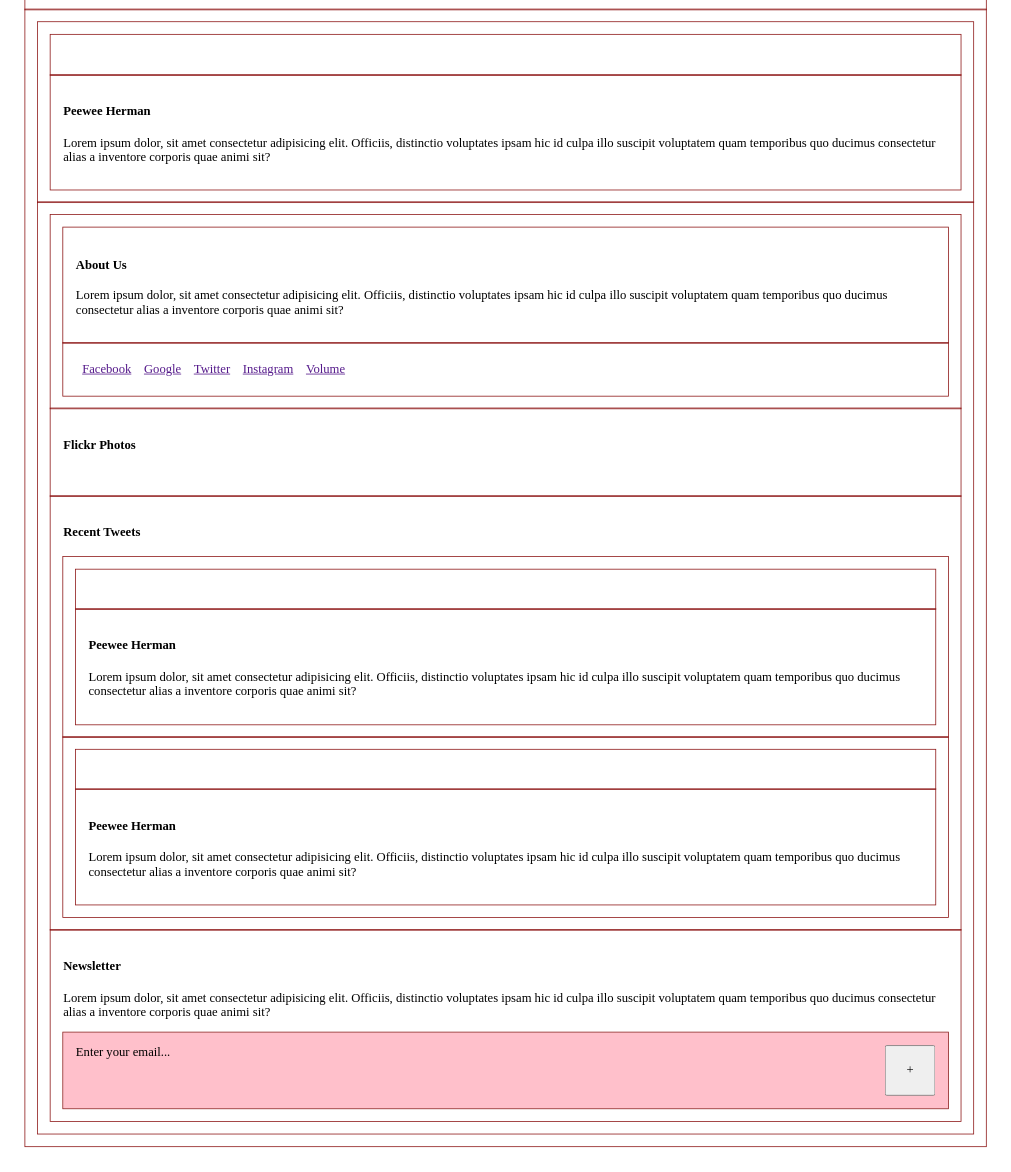
Repository: kionale/Project1_Lab3_ResponsiveLayout
Page: index.html
The author's editor kept a copy of each file at every save. The page is drawn from the files as they stood at one save, then again after the next save.
The browser window is 1280 px wide. The pictures show the part of the page from y = 3481 to 4964 px (the page is 4964 px tall before and 4436 px after), at 79% of full size.
A picture or video elsewhere on the page could not be fetched, so the positions and the page height are approximate.

Above is the page before, as saved 2023-01-26 00:36:38.

After the next save:
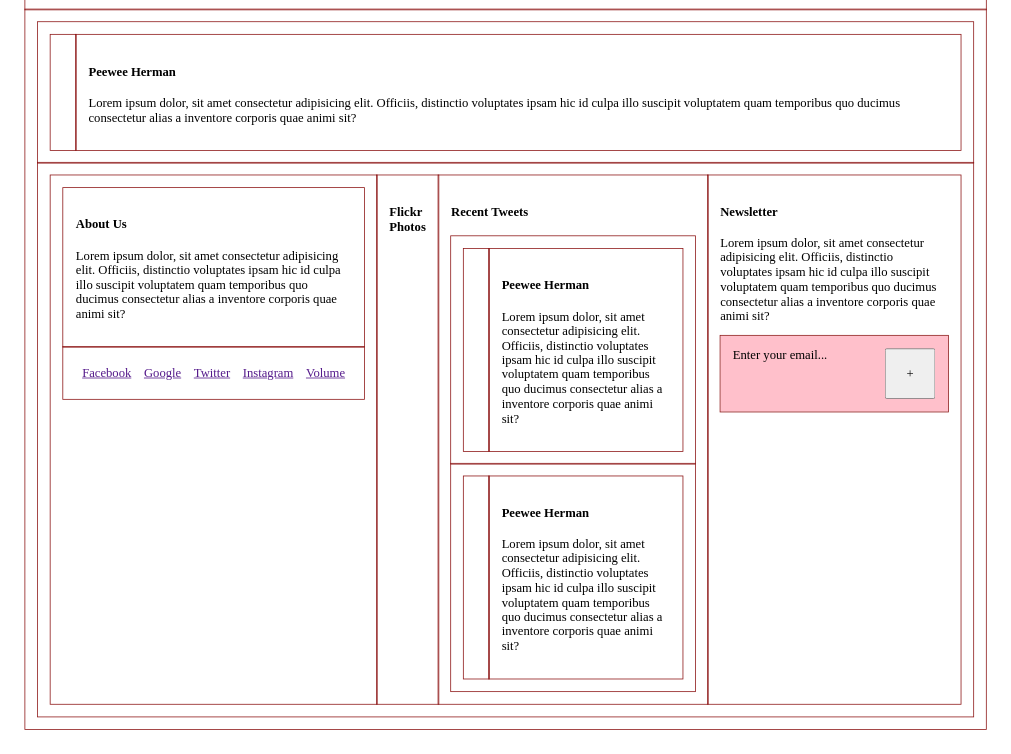
Saved 87 s later.
--- a/css/main.css
+++ b/css/main.css
@@ -142,6 +142,15 @@ button {
   display: flex;
 }
 
+.web__author {
+  display: flex;
+}
+
+.recent__tweets {
+  display: flex;
+}
+
+
 .tab__information {
   display: flex;
 }
@@ -163,3 +172,8 @@ button {
 .social__icon {
   margin: 0.5rem;
 }
+
+.footer__extras {
+  display: flex;
+  flex-direction: row;
+}
